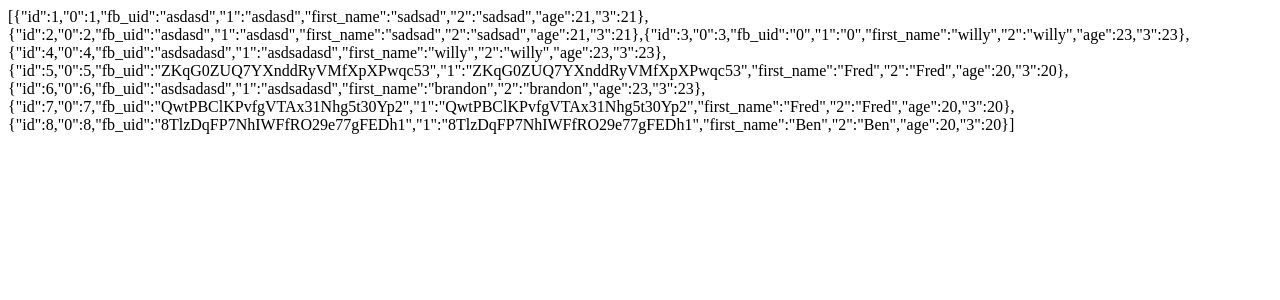
Repository: wilyyy/CompassPlus-Serverside
Page: http://localhost/api/users.php
These files come from the project's save history. The page is drawn as it stood at one moment and after the next save; the edit follows.
The browser window is 1280 px wide. The pictures show the whole page.
The page is run by PHP 8.4 with error messages shown; the project is at /var/www/html/. The database holds what the project's SQL file puts in it.

Above is the page before, as saved 2021-11-28 17:22:40.

After the next save:
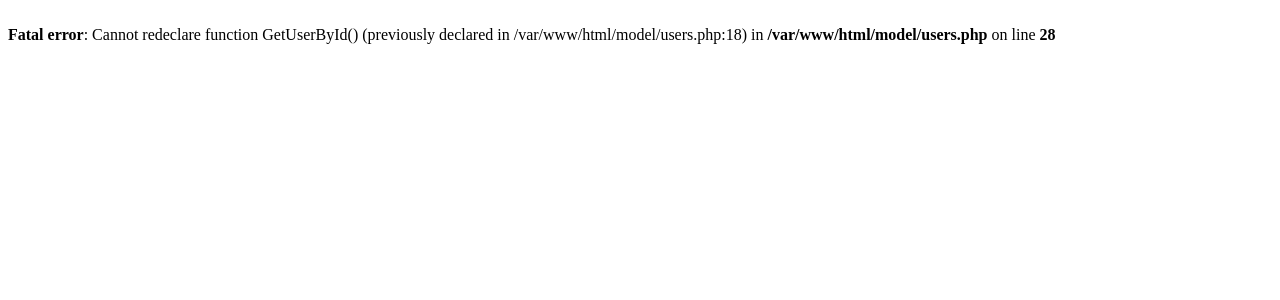
Saved 75 min 2 s later.
--- a/model/users.php
+++ b/model/users.php
@@ -25,14 +25,14 @@
 }
 
 //get a user by Fb_uid
-// function GetUserById($id=NULL){
-//     global $db;
+function GetUserById($id=NULL){
+    global $db;
 
-//     $stmt = $db->prepare('SELECT * FROM `users` WHERE id = :id', array(PDO::ATTR_CURSOR => PDO::CURSOR_FWDONLY));
-//     $stmt->execute(array(":id"=>$id));
+    $stmt = $db->prepare('SELECT * FROM `users` WHERE id = :id', array(PDO::ATTR_CURSOR => PDO::CURSOR_FWDONLY));
+    $stmt->execute(array(":id"=>$id));
 
-//     return $stmt->fetchAll();
-// }
+    return $stmt->fetchAll();
+}
 //Add a user
 function AddUsers(
     $fb_uid=0,

After the save that followed:
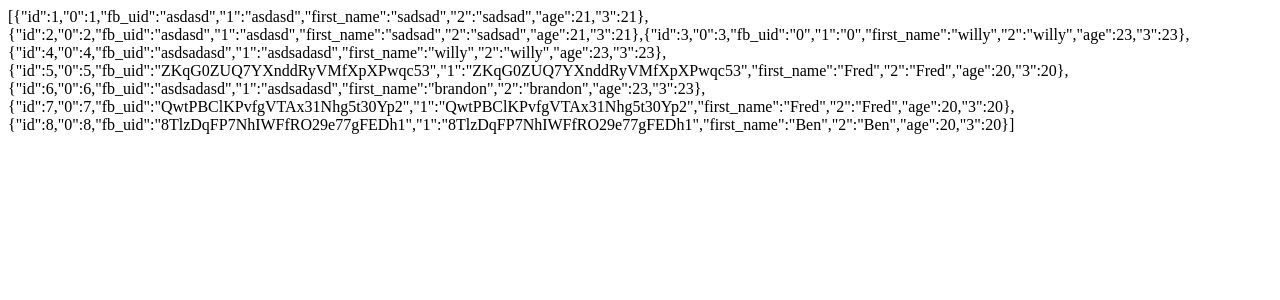
Saved 33 s later.
--- a/model/users.php
+++ b/model/users.php
@@ -25,11 +25,11 @@
 }
 
 //get a user by Fb_uid
-function GetUserById($id=NULL){
+function GetUserByFb_uid($fb_uid=NULL){
     global $db;
 
-    $stmt = $db->prepare('SELECT * FROM `users` WHERE id = :id', array(PDO::ATTR_CURSOR => PDO::CURSOR_FWDONLY));
-    $stmt->execute(array(":id"=>$id));
+    $stmt = $db->prepare('SELECT * FROM `users` WHERE fb_uid = :fb_uid', array(PDO::ATTR_CURSOR => PDO::CURSOR_FWDONLY));
+    $stmt->execute(array(":fb_uid"=>$fb_uid));
 
     return $stmt->fetchAll();
 }
